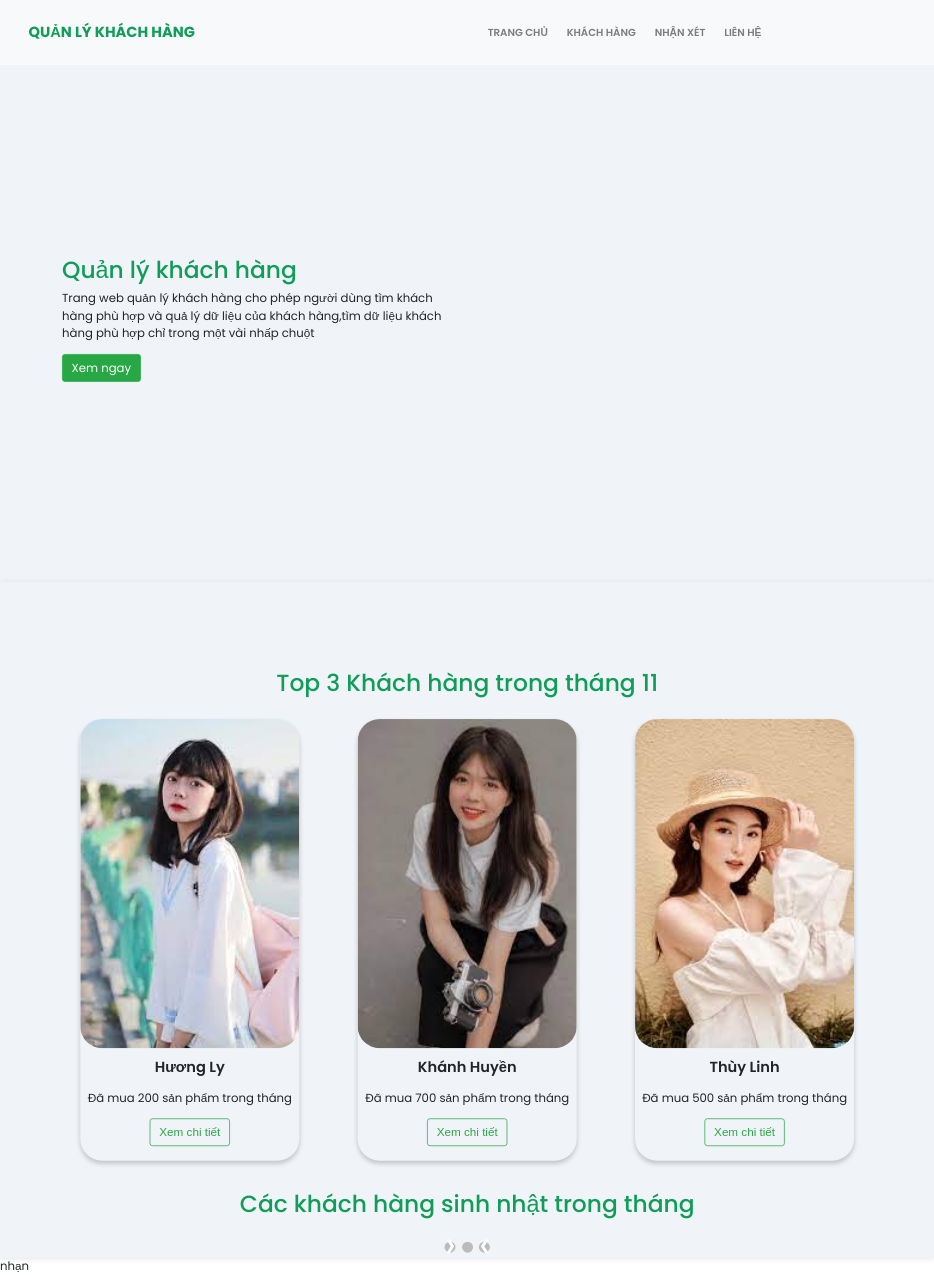
Repository: huutien1904/bt2-ltw
Page: index.html
An editor plug-in stored every save of this project. The page is shown before and after the next save, followed by the edit.
The browser window is 1280 px wide. The pictures show the whole page, at 73% of full size.

Above is the page before, as saved 2021-11-04 11:00:28.
Console error: TypeError: Cannot read properties of undefined (reading 'style')

After the next save:
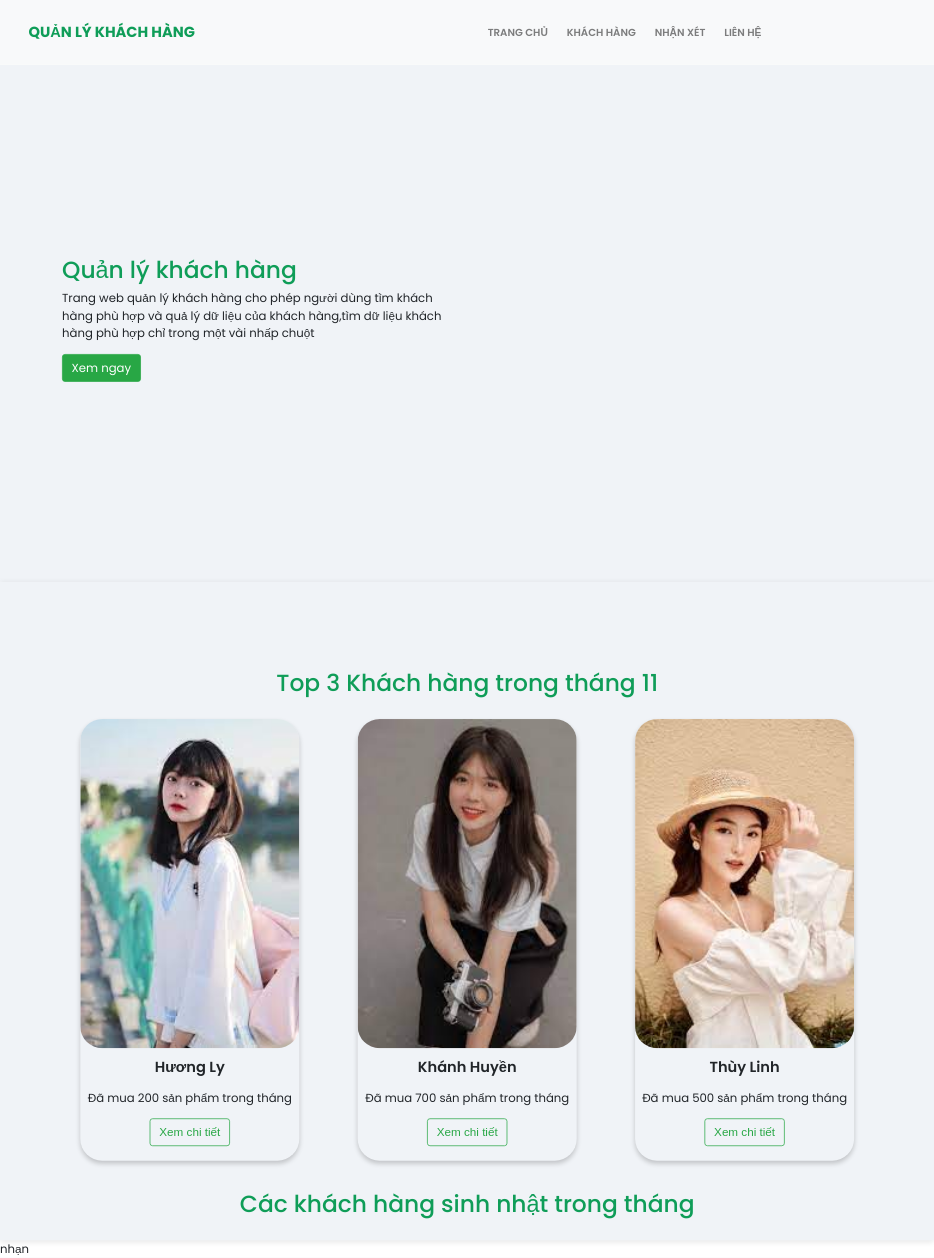
Saved 23 s later.
--- a/index.html
+++ b/index.html
@@ -121,39 +121,10 @@
       </div>
       <!-- Slideshow container -->
       <div class="row">
-        <div class="slideshow-container">
 
-          <!-- Full-width images with number and caption text -->
-          <div class="mySlides fade">
-            <div class="numbertext">1 / 3</div>
-            <img src="./img/test.jpg" style="width:100%">
-            <div class="text">Caption Text</div>
-          </div>
-
-          <div class="mySlides fade">
-            <div class="numbertext">2 / 3</div>
-            <img src="./img/test2.jpg" style="width:100%">
-            <div class="text">Caption Two</div>
-          </div>
-
-          <div class="mySlides fade">
-            <div class="numbertext">3 / 3</div>
-            <img src="./img/test3.jpg" style="width:100%">
-            <div class="text">Caption Three</div>
-          </div>
-
-          <!-- Next and previous buttons -->
-          <a class="prev" onclick="plusSlides(-1)">&#10094;</a>
-          <a class="next" onclick="plusSlides(1)">&#10095;</a>
-        </div>
       </div>
 
-      <!-- The dots/circles -->
-      <div style="text-align:center">
-        <span class="dot" onclick="currentSlide(1)"></span>
-        <span class="dot" onclick="currentSlide(2)"></span>
-        <span class="dot" onclick="currentSlide(3)"></span>
-      </div>
+
     </div>
   </section>
   <!-- end khách hàng -->
